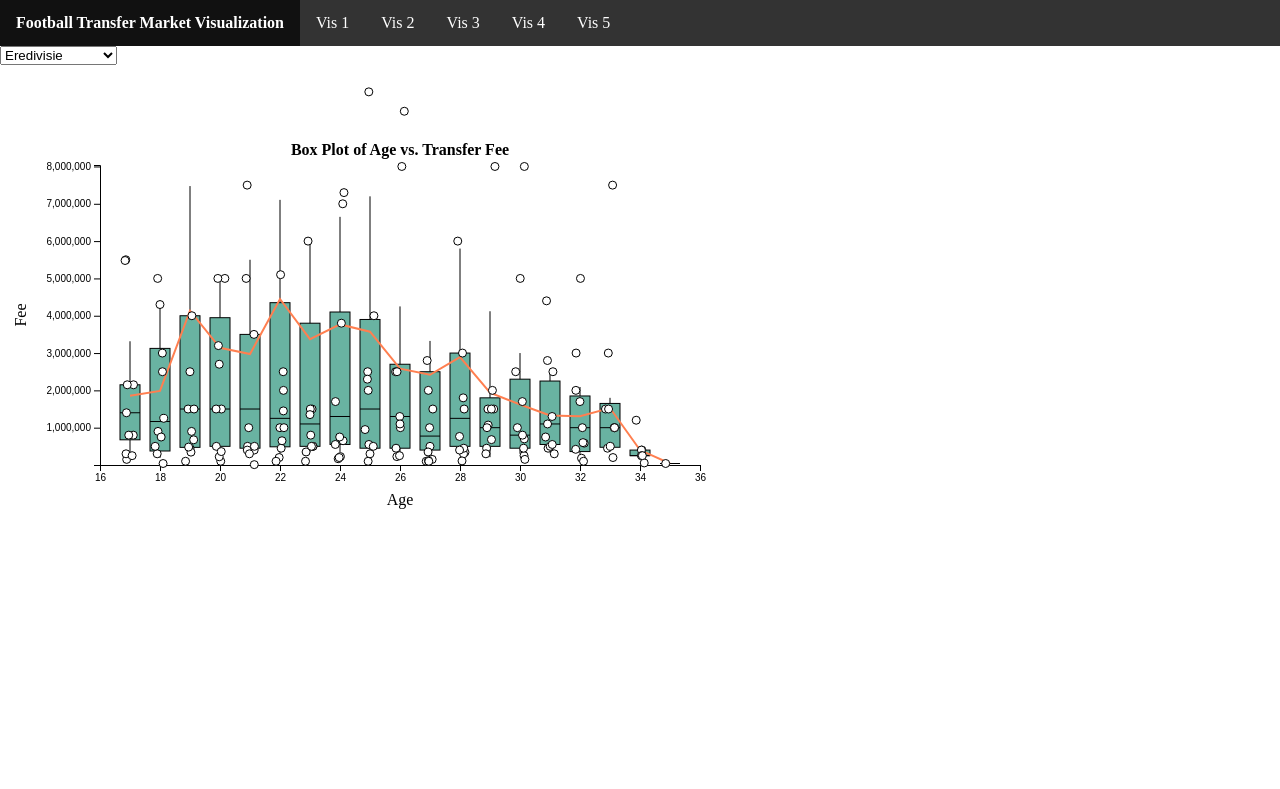
Repository: cedricshan/Football-Transfer-Market-Visualization
Page: dashboard/BoxPlot.html
These files come from the project's save history. The page is drawn as it stood at one moment and after a run of saves; the edit follows.
The browser window is 1280 px wide. The pictures show the whole page.

Above is the page before, as saved 2023-10-18 22:20:36.

After the next 2 saves:
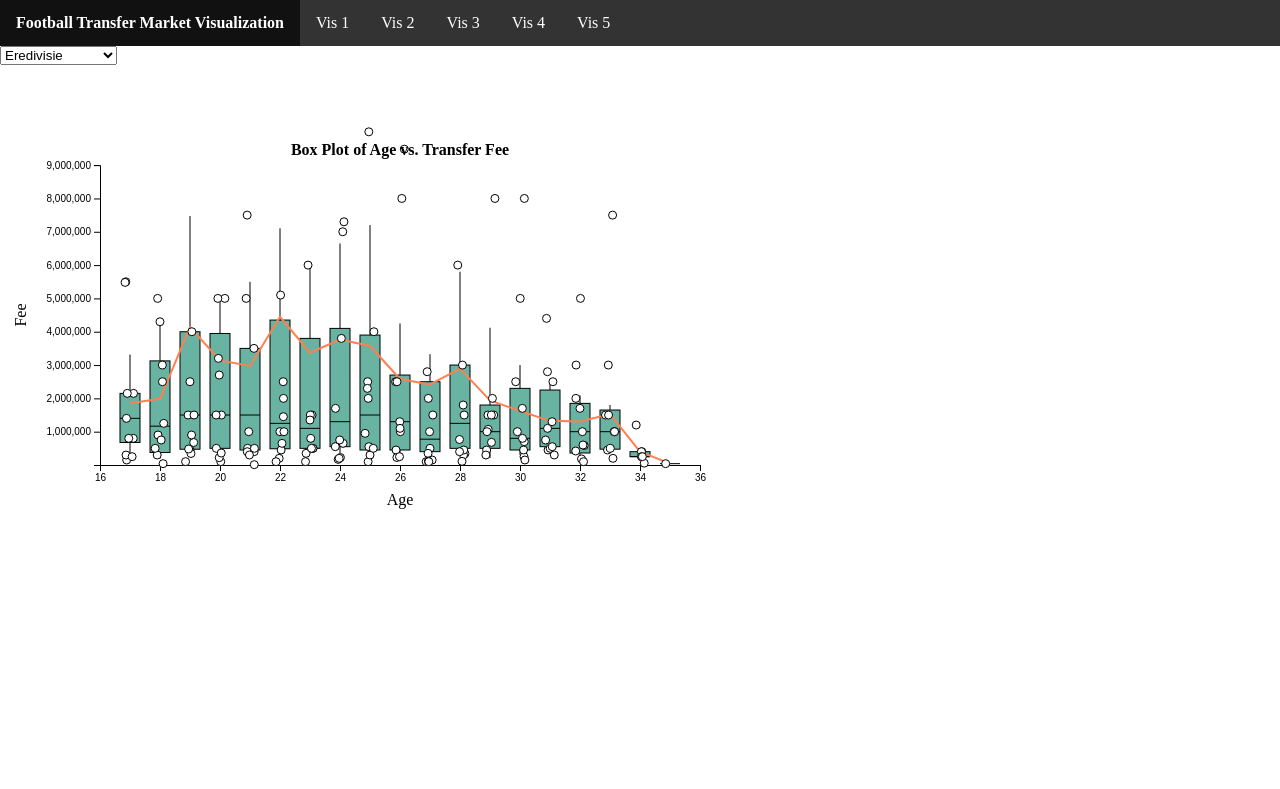
The 2 saves are shown as one change because they came seconds apart.
The last was saved 18 s later.
--- a/dashboard/BoxPlot.js
+++ b/dashboard/BoxPlot.js
@@ -86,7 +86,7 @@ function loadAndVisualizeData(filename) {
             .range([0, width]);
 
         const y = d3.scaleLinear()
-            .domain([d3.min(processedData, d => d.Fee), d3.mean(processedData, d => d.Fee)*2.5])
+            .domain([d3.min(processedData, d => d.Fee), d3.mean(processedData, d => d.Fee)*2.8])
             .range([height, 0]);
 
 
